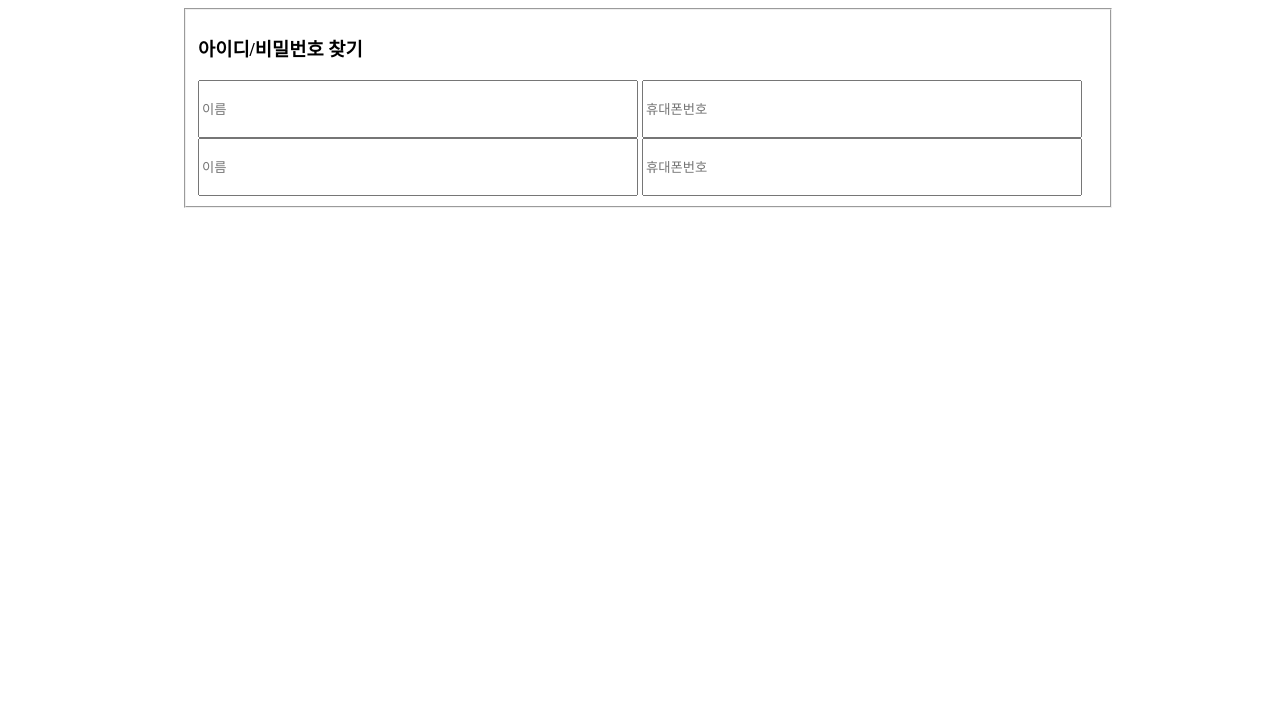
Repository: agheha/trillion
Page: YH/study_project/html/find.html
The author's editor kept a copy of each file at every save. The page is drawn from the files as they stood at one save, then again after a run of saves.
The browser window is 1280 px wide. The page is 1288 px wide, so the pictures cover 1288 px, including what lies to the right of the window. The pictures show the whole page.

Above is the page before, as saved 2019-09-04 19:05:34.

### YH/study_project/html/find.html
<!DOCTYPE html>
<html lang="en">
<head>
    <meta charset="UTF-8">
    <meta name="viewport" content="width=device-width, initial-scale=1.0">
    <meta http-equiv="X-UA-Compatible" content="ie=edge">
    <title>Document</title>
    <link rel="stylesheet" href="./../css/find.css">
</head>
<body>
    <div>
        <fieldset>
            <form action="">
                <h3>아이디/비밀번호 찾기</h3>
                    <div class="row"></div>
                    <div>
                        <input class="form_find"type="text" id="name" placeholder="이름">

                         <input class="form_find"type="text" id="pass" placeholder="휴대폰번호">

                    </div>
                    <div>
                        <input class="form_find"type="text" id="name" placeholder="이름">

                            <input class="form_find"type="text" id="pass" placeholder="휴대폰번호">
                    </div>
                    <!-- <span>
                        <input class="form_find"type="text" id="name" placeholder="이름">
                        <div>
                            <input class="form_find"type="text" id="pass" placeholder="휴대폰번호">
                        </div>
                    </span>
                    <span>
                        <input class="form_find"type="text" id="name" placeholder="이름">
                        <div>
                            <input class="form_find"type="text" id="pass" placeholder="휴대폰번호">
                        </div>
                    </span> -->

                    <span></span>
                    <div class="row"></div>
            </form>

            </form>
        </fieldset>
    </div>
</body>
</html>

### YH/study_project/css/find.css
html,body {
    width: 100%;
    height: 100%;
}
fieldset {
    width : 900px;
    margin : 0 auto;

}
.form_find {
    width : 48%;
    height: 52px;
}
span {
    width : 25%;
}

After the next 2 saves:
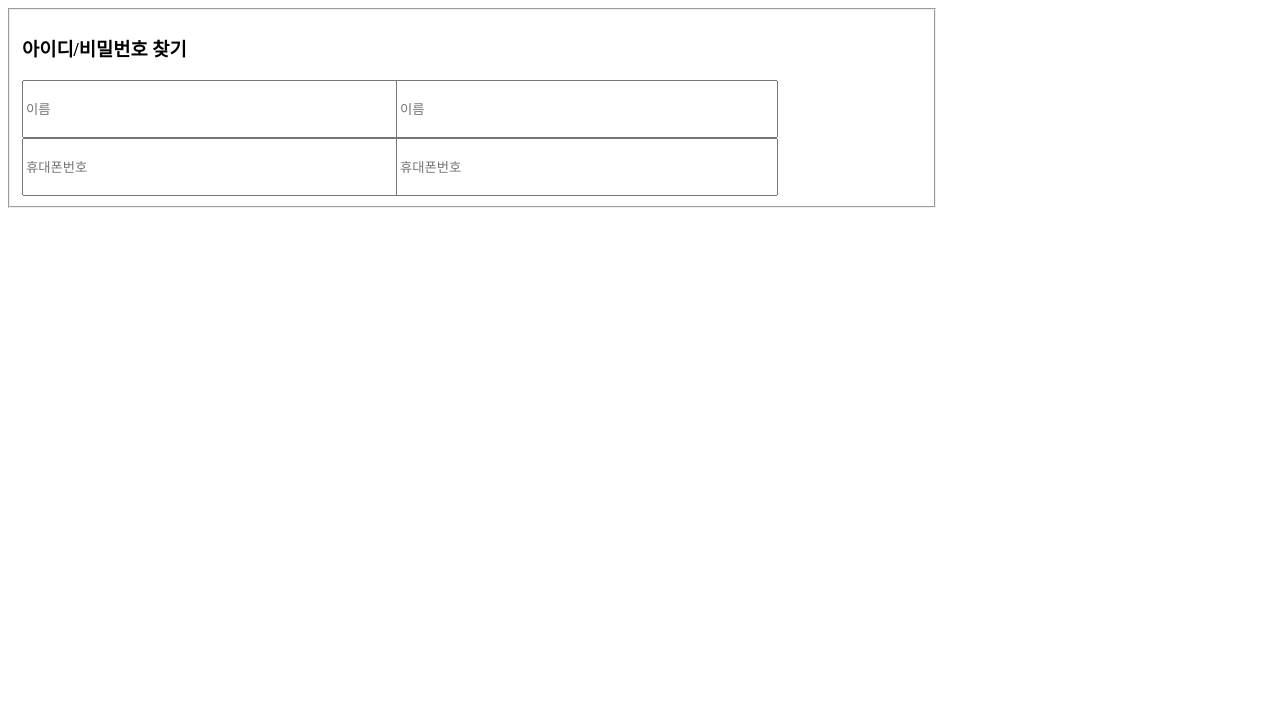
The 2 saves are shown as one change because they came seconds apart.
The last was saved 2 min 1 s later.
--- a/YH/study_project/css/find.css
+++ b/YH/study_project/css/find.css
@@ -8,9 +8,12 @@ fieldset {
 
 }
 .form_find {
-    width : 48%;
+    /* width : 48%; */
     height: 52px;
 }
 span {
     width : 25%;
 }
+div {float: left;}
+div:first-child {margin-right: 100px; }
+div input { width: 100%;}
